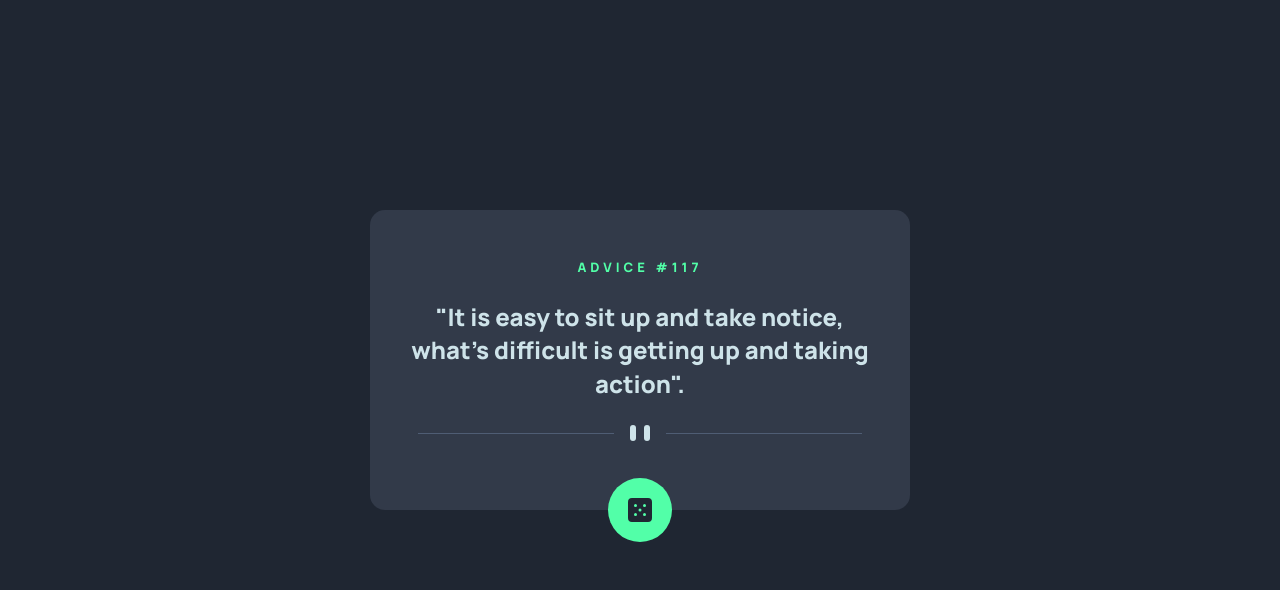
Repository: Daki-builds/advice-generator-app
Page: index.html
The author's editor kept a copy of each file at every save. The page is drawn from the files as they stood at one save, then again after the next save.
The browser window is 1280 px wide. The pictures show the whole page.

Above is the page before, as saved 2026-10-11 05:02:26.

### index.html
<!DOCTYPE html>
<html lang="en">

<head>
  <meta charset="UTF-8">
  <meta name="viewport" content="width=device-width, initial-scale=1.0">
  <link rel="icon" type="image/png" sizes="32x32" href="./images/favicon-32x32.png">
  <link rel="preconnect" href="https://fonts.googleapis.com">
  <link rel="preconnect" href="https://fonts.gstatic.com" crossorigin>
  <link href="https://fonts.googleapis.com/css2?family=Manrope:wght@800&display=swap" rel="stylesheet">
  <link rel="stylesheet" href="style.css">
  <title>Frontend Mentor | Advice generator app</title>

</head>

<body>
  <main class="container">
    <h1>Advice #<span id="advice-id">117</span></h1>
    <p id="adviceText">"It is easy to sit up and take notice, what's difficult is getting up and taking action".</p>
    <div class="img-divider">
      <img src="./images/pattern-divider-desktop.svg" alt="divider">
    </div>
    <button id="adviceBtn"><img src="./images/icon-dice.svg" alt="dice">
    </button>
  </main>
</body>

</html>

### style.css
* {
  margin: 0;
  padding: 0;
  box-sizing: border-box;
}

:root {
  --blue-200: hsl(193, 38%, 86%);
  --green-300: hsl(150, 100%, 66%);
  --blue-600: hsl(217, 19%, 38%);
  --blue-900: hsl(217, 19%, 24%);
  --blue-950: hsl(218, 23%, 16%);
  --green-300-hover: hsl(150, 100%, 80%);

  --font-family: "Manrope", sans-serif;
  --font-weight: 800;
  --font-size: 28px;
}

body {
  font-family: var(--font-family);
  font-weight: var(--font-weight);
  background-color: var(--blue-950);
  color: var(--blue-200);
  display: flex;
  padding: 16px;
  justify-content: center;
  align-items: center;
  min-height: 100vh;
}

.container {
  position: relative;
  background-color: var(--blue-900);
  display: flex;
  flex-direction: column;
  align-items: center;
  gap: 24px;
  padding: 40px 24px 56px;
  width: 100%;
  max-width: 540px;
  border-radius: 15px;
  text-align: center;
}

h1 {
  font-size: 13px;
  letter-spacing: 4px;
  text-transform: uppercase;
  color: var(--green-300);
}

p {
  font-size: var(--font-size);
  line-height: 1.4;
  width: 100%;
  color: var(--blue-200);
}

.img-divider img {
  width: 100%;
}

button {
  position: absolute;
  bottom: -32px;
  left: 50%;
  transform: translateX(-50%);
  display: flex;
  justify-content: center;
  align-items: center;
  width: 64px;
  height: 64px;
  border: none;
  border-radius: 50%;
  background-color: var(--green-300);
  cursor: pointer;
  transition: background-color 0.2s;
}

button:hover {
  background-color: var(--green-300-hover);
}

@media (min-width: 768px) {
  p {
    font-size: 24px;
  }

  .container {
    padding: 48px 40px 64px;
  }
}

/* @media (max-width: 360px) {
  p {
    font-size: 22px;
  }

  .container {
    padding: 32px 16px 52px;
  }
} */

After the next save:
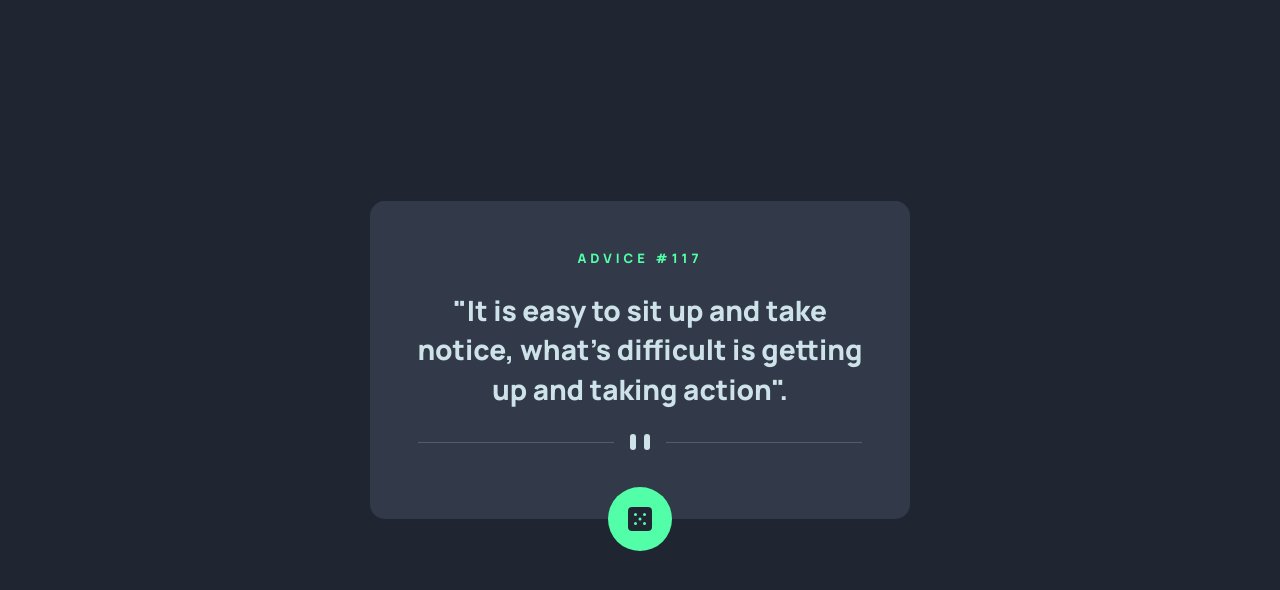
Saved 22 s later.
--- a/style.css
+++ b/style.css
@@ -83,10 +83,6 @@ button:hover {
 }
 
 @media (min-width: 768px) {
-  p {
-    font-size: 24px;
-  }
-
   .container {
     padding: 48px 40px 64px;
   }
